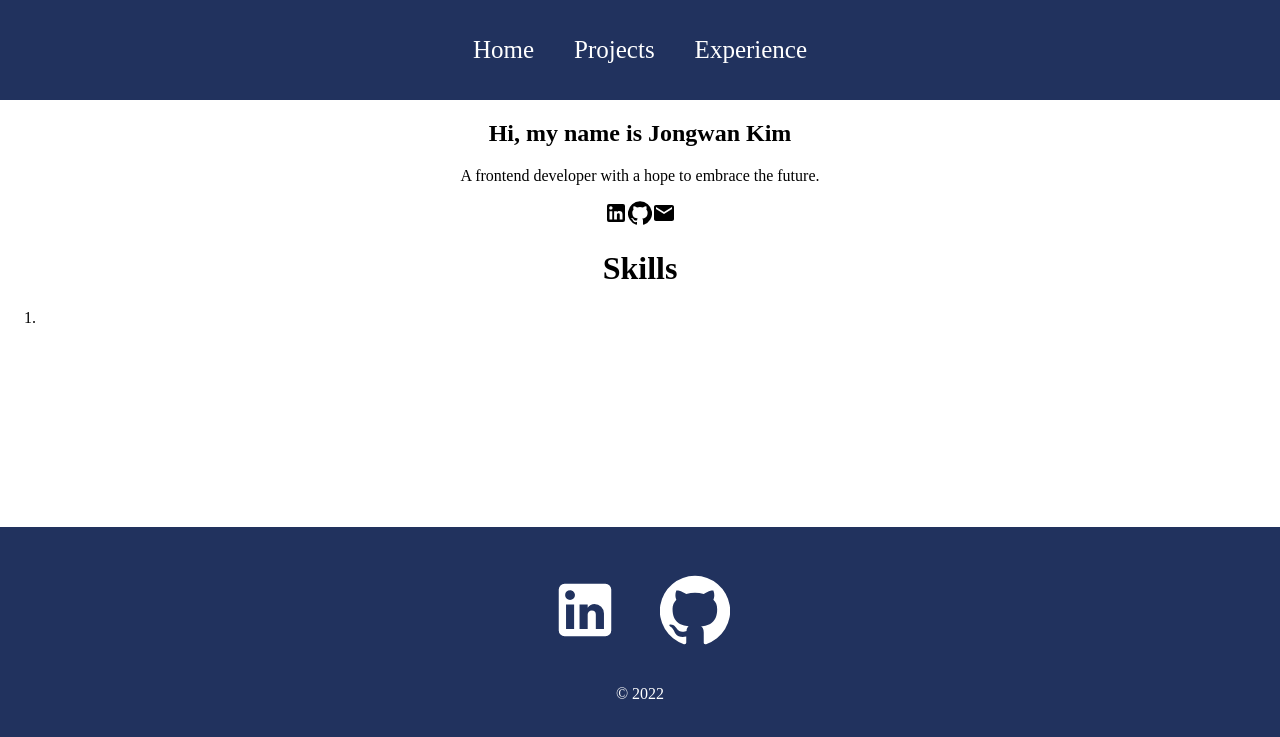
Repository: mireu-san/jw-personal-page
Page: /
The author's editor kept a copy of each file at every save. The page is drawn from the files as they stood at one save, then again after the next save.
The browser window is 1280 px wide. The pictures show the whole page.
The project was rebuilt for these pictures with package versions that can differ from the ones it lists, and the page was loaded fresh each time. Also part of the build but not shown: src/pages/Experience.js, src/pages/Projects.js.

Above is the page before, as saved 2022-11-09 17:14:42.

### src/App.js
import "./App.css";
import { BrowserRouter as Router, Routes, Route } from "react-router-dom";
import Home from "./pages/Home";
import Experience from "./pages/Experience";
import Projects from "./pages/Projects";
import Navbar from "./components/Navbar";
import Footer from "./components/Footer";

function App() {
  return (
    <div className="App">
      <Router>
        {/* #1 차이점? */}
        <Navbar />
        <Routes>
          <Route path="/" element={<Home />} />
          <Route path="/projects" element={<Projects />} />
          <Route path="/experience" element={<Experience />} />
        </Routes>
        <Footer />
      </Router>
    </div>
  );
}

export default App;

### src/App.css
/* recommended default setting */
.App {
  text-align: center;
}

body {
  padding: 0;
  margin: 0;
}


/* end of recommended default setting */

### src/pages/Home.js
import React from "react";
import LinkedInIcon from "@material-ui/icons/LinkedIn";
import GithubIcon from "@material-ui/icons/GitHub";
import EmailIcon from "@material-ui/icons/Email";

function Home() {
  return (
    <div className="home">
      <div className="about"> </div>
      <div className="about">
        <h2>Hi, my name is Jongwan Kim</h2>
        <div className="prompt">
          <p> A frontend developer with a hope to embrace the future. </p>
          <LinkedInIcon />
          <GithubIcon />
          <EmailIcon />
        </div>
      </div>
      <div className="skills">
        <h1>Skills</h1>
        <ol className="list">
          <li className="item"></li>
        </ol>
      </div>
    </div>
  );
}

export default Home;

### src/components/Navbar.js
import React, { useEffect, useState } from "react";
import { Link, useLocation } from "react-router-dom";
import "../styles/Navbar.css";
import ReorderIcon from "@material-ui/icons/Reorder";

function Navbar() {
  const [expandNavbar, setExpandNavbar] = useState(false);

  // to let it close when user click mobile menu category
  const location = useLocation();

  useEffect(() => {
    setExpandNavbar(false);
  }, [location]);

  return (
    <div className="navbar" id={expandNavbar ? "open" : "close"}>
      <div className="toggleButton">
        {/* toggle button for mobile */}
        <button
          onClick={() => {
            setExpandNavbar((prev) => !prev);
          }}
        >
          <ReorderIcon />
        </button>
      </div>
      <div className="links">
        <Link to="/"> Home </Link>
        <Link to="/projects"> Projects </Link>
        <Link to="/experience"> Experience </Link>
      </div>
    </div>
  );
}

export default Navbar;

### src/components/Footer.js
import React from "react";
import LinkedInIcon from "@material-ui/icons/LinkedIn";
import GithubIcon from "@material-ui/icons/GitHub";
import "../styles/Footer.css";

function Footer() {
  return (
    <div className="footer">
      <div className="socialMedia">
        <LinkedInIcon />
        <GithubIcon />
      </div>
      <p> &copy; 2022 </p>
    </div>
  );
}

export default Footer;

### src/styles/Navbar.css
.navbar {
    width: 100%;
    height: 100px;
    background: #21325e;
  }

  .links {
    width: 100%;
    height: 100%;
    display: flex;
    align-items: center;
    justify-content: center;
    color: white;
  }

  .navbar a {
    color: white;
    text-decoration: none;
    margin: 20px;
    font-size: 25px;
  }

  .toggleButton {
    width: 100%;
    height: 100px;
    display: flex;
    align-items: center;
    justify-content: flex-end;
  }

  .toggleButton svg {
    font-size: 50px;
  }

  /* toggle button for mobile */
  .toggleButton button {
    margin-right: 20px;
    background-color: transparent;
    border: none;
    color: white;
    cursor: pointer;
  }

  #open {
    height: 100vh;
  }

  #open .links {
    flex-direction: column;
    justify-content: flex-start;
    margin-top: 100px;
  }

  #open a {
    width: 100%;
    text-align: center;
  }

  @media only screen and (max-width: 900px) {
    .navbar a {
      width: 70px;
    }
  }

  @media only screen and (max-width: 600px) {
    .toggleButton {
      display: flex;
    }
    #close a {
      display: none;
    }
  }

  @media only screen and (min-width: 600px) {
    .toggleButton {
      display: none;
    }

    .hiddenLinks {
      display: none;
    }

    #open {
      height: 100px;
    }

    #open .links {
      flex-direction: row;
    }
  }

Loaded but not shown: public/index.html (common file); src/index.js (common file); src/reportWebVitals.js (common file); src/styles/Footer.css (common file)

After the next save:
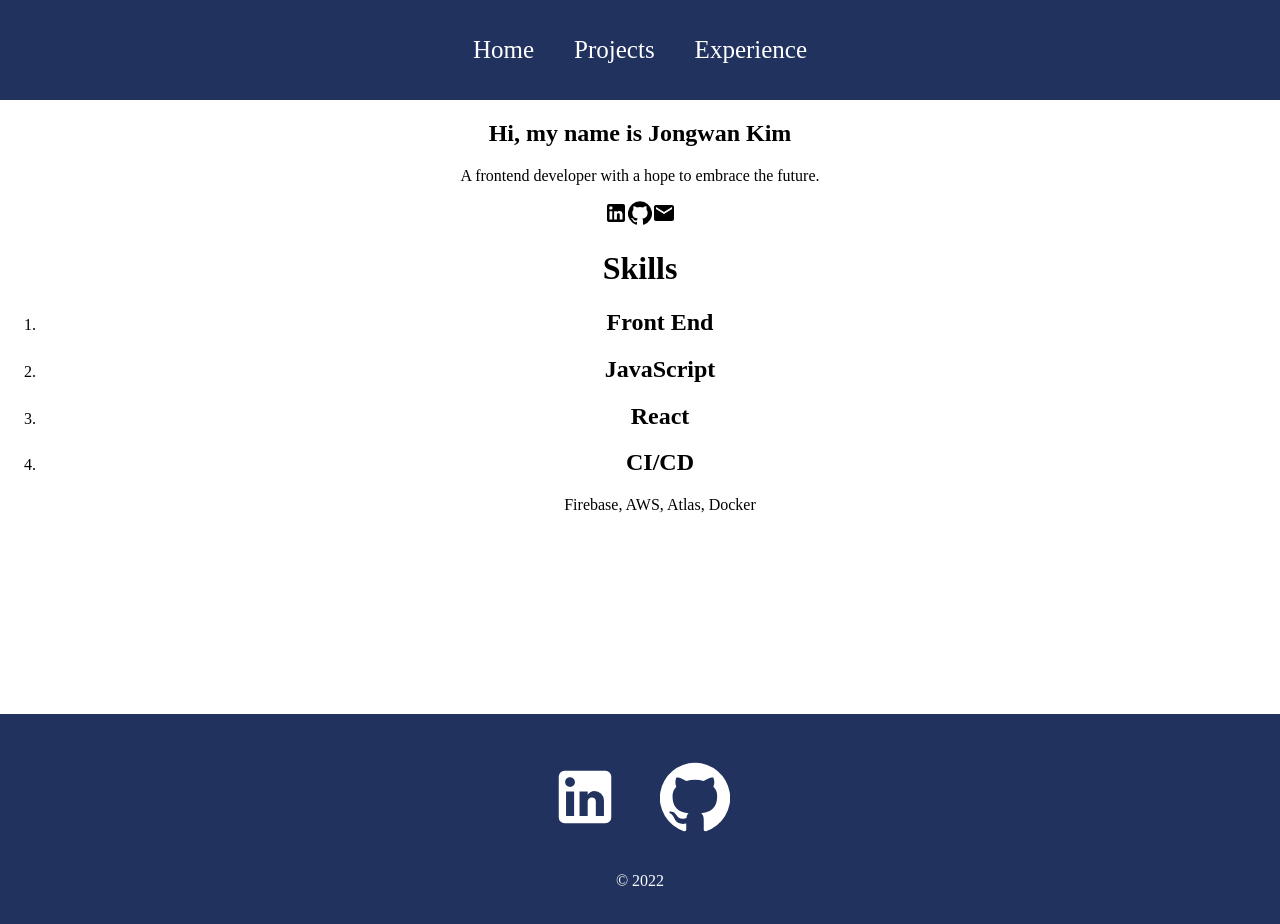
Saved 68 s later.
--- a/src/pages/Home.js
+++ b/src/pages/Home.js
@@ -19,7 +19,22 @@ function Home() {
       <div className="skills">
         <h1>Skills</h1>
         <ol className="list">
-          <li className="item"></li>
+          <li className="item">
+            <h2>Front End</h2>
+            <span> </span>
+          </li>
+          <li className="item">
+            <h2>JavaScript</h2>
+            <span> </span>
+          </li>
+          <li className="item">
+            <h2>React</h2>
+            <span> </span>
+          </li>
+          <li className="item">
+            <h2>CI/CD</h2>
+            <span>Firebase, AWS, Atlas, Docker</span>
+          </li>
         </ol>
       </div>
     </div>
